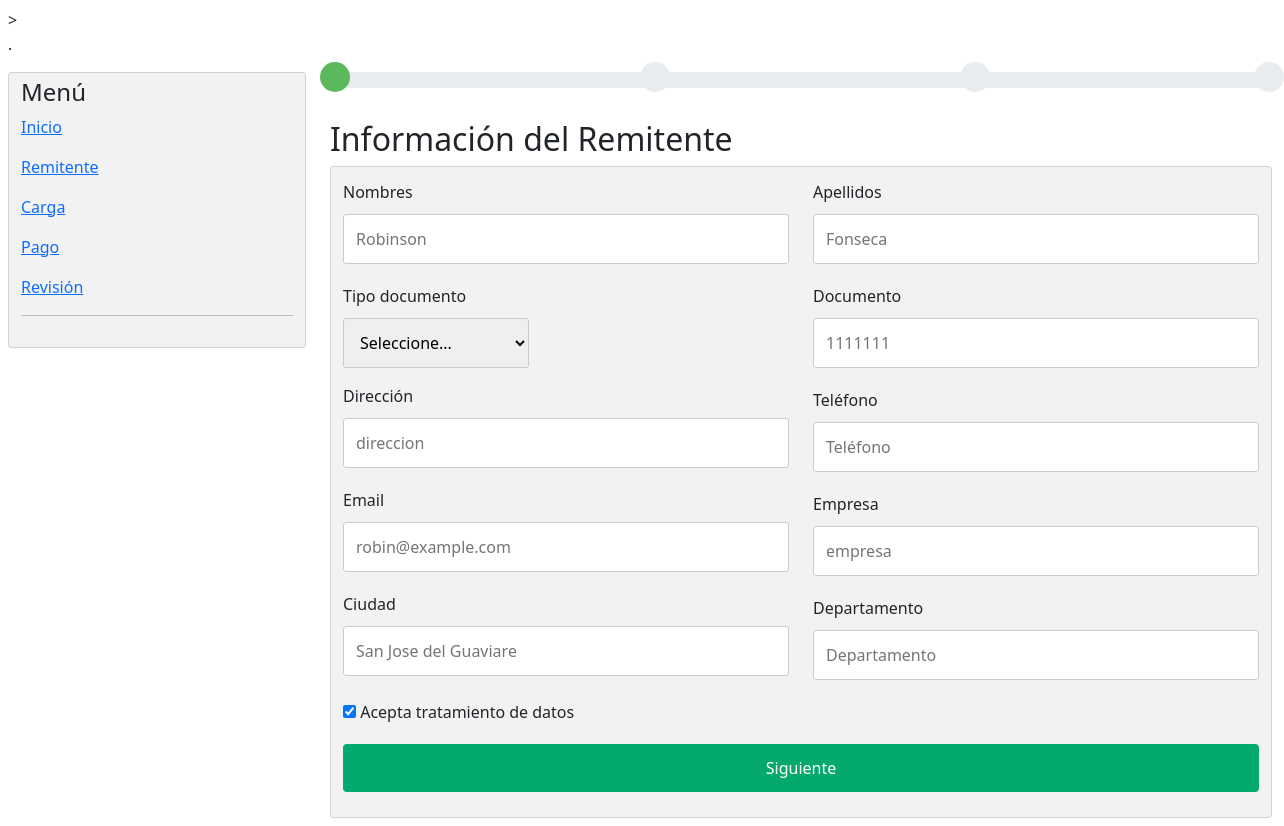
Repository: SennovaFluvial/Trasnfluvial
Page: appFluvial/templates/card1.html
An editor plug-in stored every save of this project. The page is shown before and after the next save, followed by the edit.
The browser window is 1280 px wide. The page is 1284 px wide, so the pictures cover 1284 px, including what lies to the right of the window. The pictures show the whole page.
The template is drawn by Django 3.2. The application's start-up code is not run. Other server files are loaded and not shown. The template is opened directly, without the code that normally fills it, so the values that code supplies are empty.

Above is the page before, as saved 2023-10-18 22:54:54.

### appFluvial/templates/card1.html
<!DOCTYPE html>
<html>
<head>
<meta name="viewport" content="width=device-width, initial-scale=1">
<!--link rel="stylesheet" href="https://cdnjs.cloudflare.com/ajax/libs/font-awesome/4.7.0/css/font-awesome.min.css"-->
<style>
body {
  font-family: Arial;
  font-size: 17px;
  padding: 8px;
}

* {
  box-sizing: border-box;
}

.row {
  display: -ms-flexbox; /* IE10 */
  display: flex;
  -ms-flex-wrap: wrap; /* IE10 */
  flex-wrap: wrap;
  margin: 0 -16px;
}

.col-25 {
  -ms-flex: 25%; /* IE10 */
  flex: 25%;
}

.col-50 {
  -ms-flex: 50%; /* IE10 */
  flex: 50%;
}

.col-75 {
  -ms-flex: 75%; /* IE10 */
  flex: 75%;
}

.col-25,
.col-50,
.col-75 {
  padding: 0 16px;
}

.container {
  background-color: #f2f2f2;
  padding: 5px 20px 15px 20px;
  border: 1px solid lightgrey;
  border-radius: 3px;
}

input[type=text], select {
  width: 100%;
  margin-bottom: 20px;
  padding: 12px;
  border: 1px solid #ccc;
  border-radius: 3px;
}

input[type=submit] {
  background-color: #04AA6D;
  color: white;
  padding: 12px 20px;
  border: none;
  border-radius: 4px;
  cursor: pointer;
}

input[type=submit]:hover {
  background-color: #45a049;
}

label {
  margin-bottom: 10px;
  display: block;
}

.icon-container {
  margin-bottom: 20px;
  padding: 7px 0;
  font-size: 24px;
}

.btn {
  background-color: #04AA6D;
  color: white;
  padding: 12px;
  margin: 10px 0;
  border: none;
  width: 100%;
  border-radius: 3px;
  cursor: pointer;
  font-size: 17px;
}

.btn:hover {
  background-color: #45a049;
}

a {
  color: #2196F3;
}

hr {
  border: 1px solid lightgrey;
}

span.price {
  float: right;
  color: grey;
}

/* Responsive layout - when the screen is less than 800px wide, make the two columns stack on top of each other instead of next to each other (also change the direction - make the "cart" column go on top) */
@media (max-width: 800px) {
  .row {
    flex-direction: column-reverse;
  }
  .col-25 {
    margin-bottom: 20px;
  }
}

</style>
<style>
  .one, .two, .three, .four{
    position:absolute;
    margin-top:-10px;
    z-index:1;
    height:30px;
    width:30px;
    border-radius:20px;
}
.one{
	left:25%;
}
.two{
	left:50%;
}
.three{
	left:75%;
}
.four{
	left:98%;
}
.primary-color{
	background-color:#4989bd;
}
.success-color{
	background-color:#5cb85c;
}
.info-color{
	background-color:#5bc0de;
}
.no-color{
	background-color:inherit;
}

</style>

<link rel="stylesheet" href="https://cdn.jsdelivr.net/npm/bootstrap@5.2.3/dist/css/bootstrap.min.css" integrity="sha384-rbsA2VBKQhggwzxH7pPCaAqO46MgnOM80zW1RWuH61DGLwZJEdK2Kadq2F9CUG65" crossorigin="anonymous">
<script src="https://cdn.jsdelivr.net/npm/bootstrap@5.2.3/dist/js/bootstrap.min.js" integrity="sha384-cuYeSxntonz0PPNlHhBs68uyIAVpIIOZZ5JqeqvYYIcEL727kskC66kF92t6Xl2V" crossorigin="anonymous"></script>>

</head>
<body>

<p>.</p>
<div class="row">

  <div class="col-25">

    <div class="container">
      <h4>Menú <span class="price" style="color:black"><i class="fa fa-shopping-cart"></i> <b></b></span></h4>
      <p><a href="../">Inicio</a> <span class="price"> </span></p>
      <p><a href="../card/1/remitente">Remitente</a> <span class="price">  </span></p>
      <p><a href="../card/2/carga">Carga</a> <span class="price"> </span></p>
      <p><a href="../card/3/pago">Pago</a> <span class="price"> </span></p>
      <p><a href="../card/1/revision">Revisión</a> <span class="price"> </span></p>
      <hr>
      <!--p>Total <span class="price" style="color:black"><b>$30</b></span></p-->
    </div>
  </div>


  <div class="col-75">
    <!--  ****************************************BEGIN************************************************ -->
    <div class="container_">
      <div class="row"><br />
        <div class="col-md-12">
        <div class="progress">
            <div class="one success-color"></div>
            <label for="one" style=" position: absolute; top: -25px; left: 0; ">Remitente</label>
            <div class="two no-color"></div>
            <div class="three no-color"></div>
            <div class="four no-color"></div>
            <div class="progress-bar progress-bar-success" style="width: 0%"></div>
        </div>

      </div>
      </div>
    </div>
    <br>
    <!-- -*****************************************END**********************************************-->

    <h2>Información del Remitente</h2>
    <div class="container">
      <form action="/action_page.php">

        <div class="row">
          <div class="col-50">
            <h3>  </h3>
            <label for="fname"><i class="fa fa-user"></i> Nombres</label>
            <input type="text" id="fname" name="firstname" placeholder="Robinson">
            <div class="col-md-5 mb-3">
                <label for="tipodocumento">Tipo documento</label>
                <select class="custom-select d-block w-100" id="tipodocumento" required="">
                  <option value="">Seleccione...</option>
                  <option>CC</option>
                  <option>CE</option>
                  <option>Pasaporte</option>
                </select>
            </div>

            <label for="adr"><i class="fa fa-address-card-o"></i> Dirección</label>
            <input type="text" id="adr" name="address" placeholder="direccion">
            <label for="email"><i class="fa fa-envelope"></i> Email</label>
            <input type="text" id="email" name="email" placeholder="robin@example.com">
            <label for="city"><i class="fa fa-institution"></i> Ciudad</label>
            <input type="text" id="city" name="city" placeholder="San Jose del Guaviare">

          </div>

          <div class="col-50">
            <h3>  </h3>
            <label for="apellidos">Apellidos</label>
            <input type="text" id="apellidos" name="apellidos" placeholder="Fonseca">
            <label for="documento">Documento</label>
            <input type="text" id="documento" name="documento" placeholder="1111111">
            <label for="telefono">Teléfono</label>
            <input type="text" id="telefono" name="telefono" placeholder="Teléfono">
            <label for="empresa">Empresa</label>
            <input type="text" id="empresa" name="empresa" placeholder="empresa">
            <label for="dep">Departamento</label>
            <input type="text" id="dep" name="departamento" placeholder="Departamento">
            <!--div class="row">
              <div class="col-50">
                <label for="expyear">Exp Year</label>
                <input type="text" id="expyear" name="expyear" placeholder="2018">
              </div>
              <div class="col-50">
                <label for="cvv">CVV</label>
                <input type="text" id="cvv" name="cvv" placeholder="352">
              </div>
            </div-->
          </div>

        </div>
        <label>
          <input type="checkbox" checked="checked" name="sameadr"> Acepta tratamiento de datos
        </label>
        <input type="submit" value="Siguiente" class="btn small">
      </form>
    </div>
  </div>
  <!--div class="col-25">
    <div class="container">
      <h4>Cart <span class="price" style="color:black"><i class="fa fa-shopping-cart"></i> <b>4</b></span></h4>
      <p><a href="#">Product 1</a> <span class="price">$15</span></p>
      <p><a href="#">Product 2</a> <span class="price">$5</span></p>
      <p><a href="#">Product 3</a> <span class="price">$8</span></p>
      <p><a href="#">Product 4</a> <span class="price">$2</span></p>
      <hr>
      <p>Total <span class="price" style="color:black"><b>$30</b></span></p>
    </div>
  </div-->
</div>

</body>
</html>

After the next save:
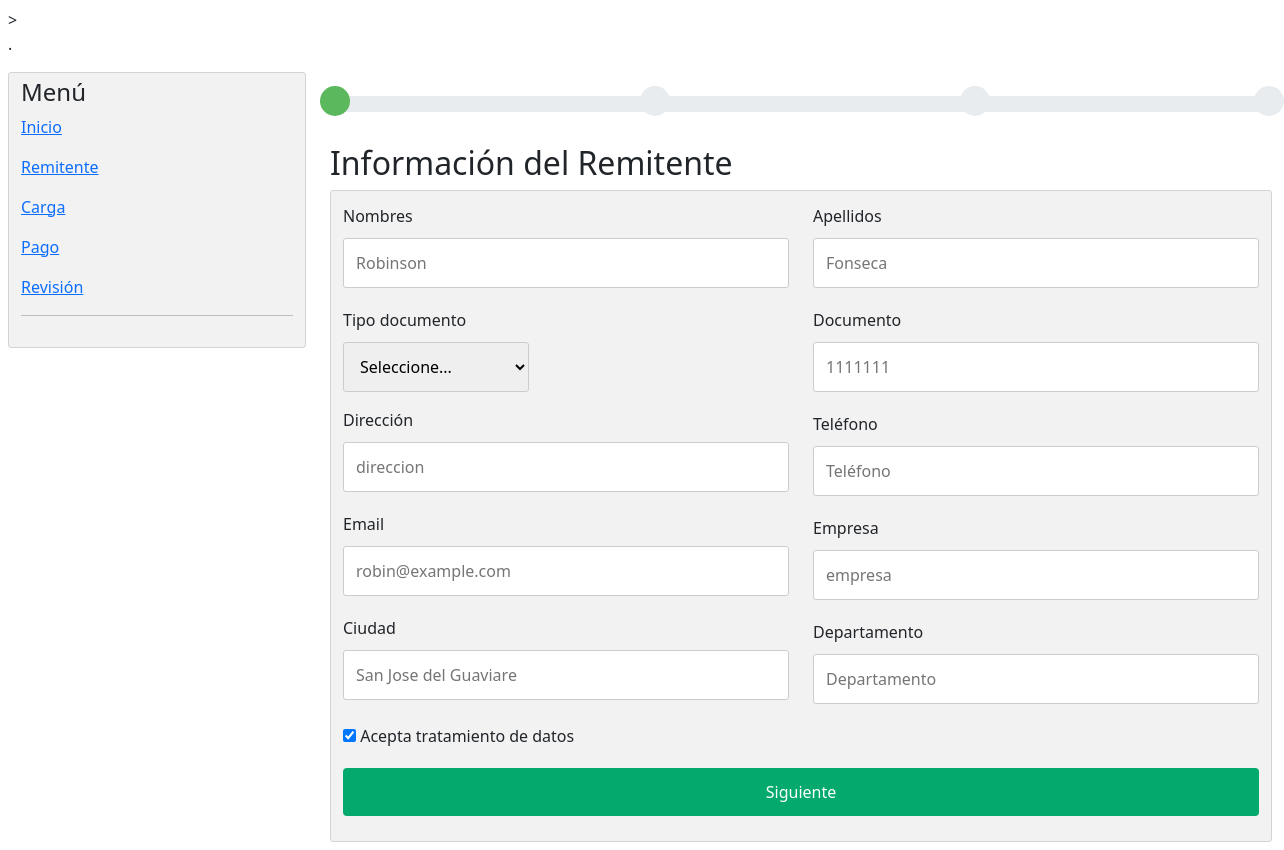
Saved 23 s later.
--- a/appFluvial/templates/card1.html
+++ b/appFluvial/templates/card1.html
@@ -184,7 +184,7 @@ span.price {
 
   <div class="col-75">
     <!--  ****************************************BEGIN************************************************ -->
-    <div class="container_">
+    <div class="container_"><br>
       <div class="row"><br />
         <div class="col-md-12">
         <div class="progress">
